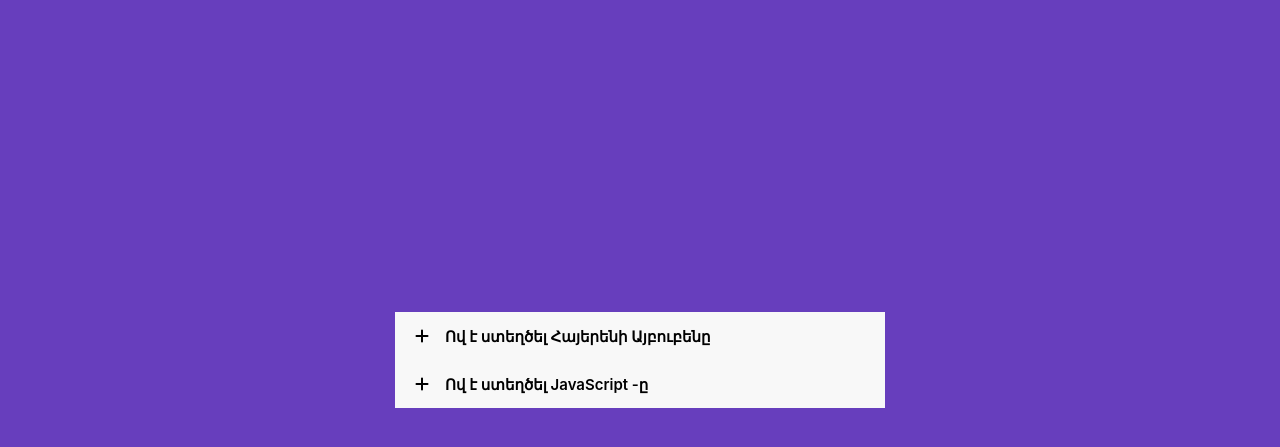
Repository: vardgeshakobyann/Accordion-ReactJS
Page: /, after clicking the first element matching `div.header`
The author's editor kept a copy of each file at every save. The page is drawn from the files as they stood at one save, then again after the next save.
The browser window is 1280 px wide. The pictures show the whole page.
The project was rebuilt for these pictures with package versions that can differ from the ones it lists, and the page was loaded fresh each time.

Above is the page before, as saved 2025-06-11 09:26:55.

After the next save:
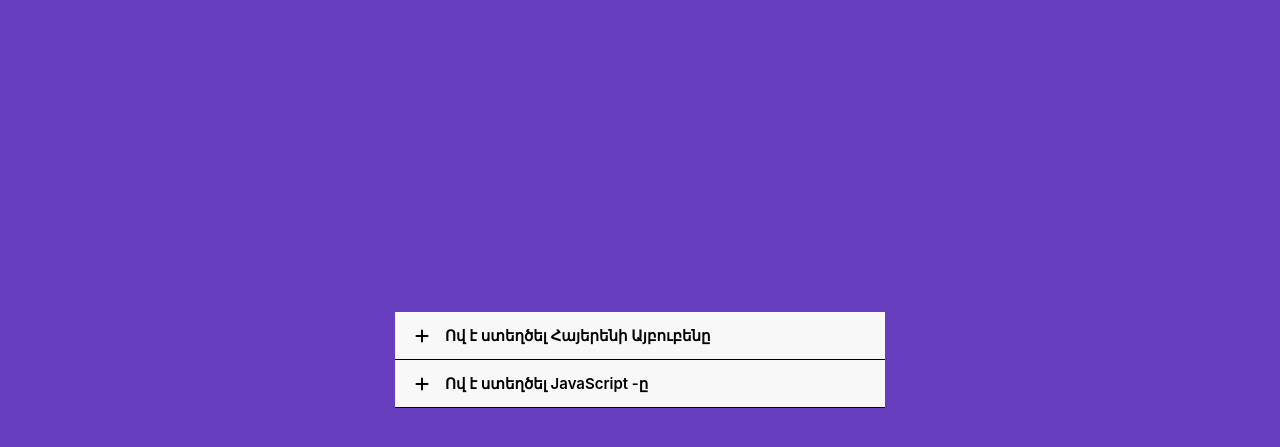
Saved 28 s later.
--- a/src/components/AccordionItem/accordionItem.css
+++ b/src/components/AccordionItem/accordionItem.css
@@ -10,6 +10,7 @@
     display: flex;
     justify-content: space-between;
     align-items: center;
+    border-bottom: 1px solid #000;
     cursor: pointer;
 }
 
